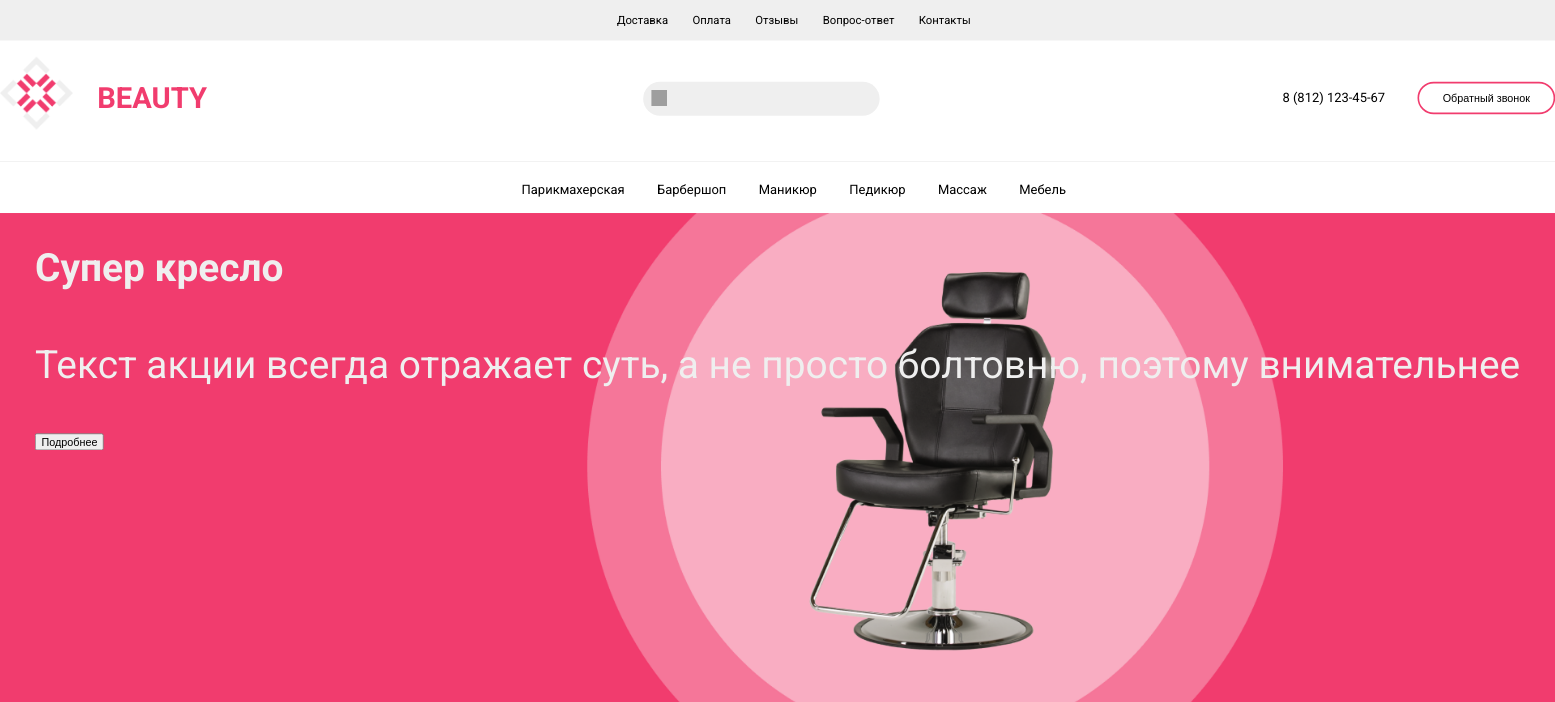
Repository: savannaaaas/verstka
Page: index.html
These files come from the project's save history. The page is drawn as it stood at one moment and after the next save; the edit follows.
The browser window is 1280 px wide. The page is 1920 px wide, so the pictures cover 1920 px, including what lies to the right of the window. The pictures show the whole page, at 81% of full size.
Pictures or frames that could not be fetched are drawn as grey boxes. Some web fonts or font styles are not loaded; a fallback is used.

Above is the page before, as saved 2025-04-16 00:34:58.

After the next save:
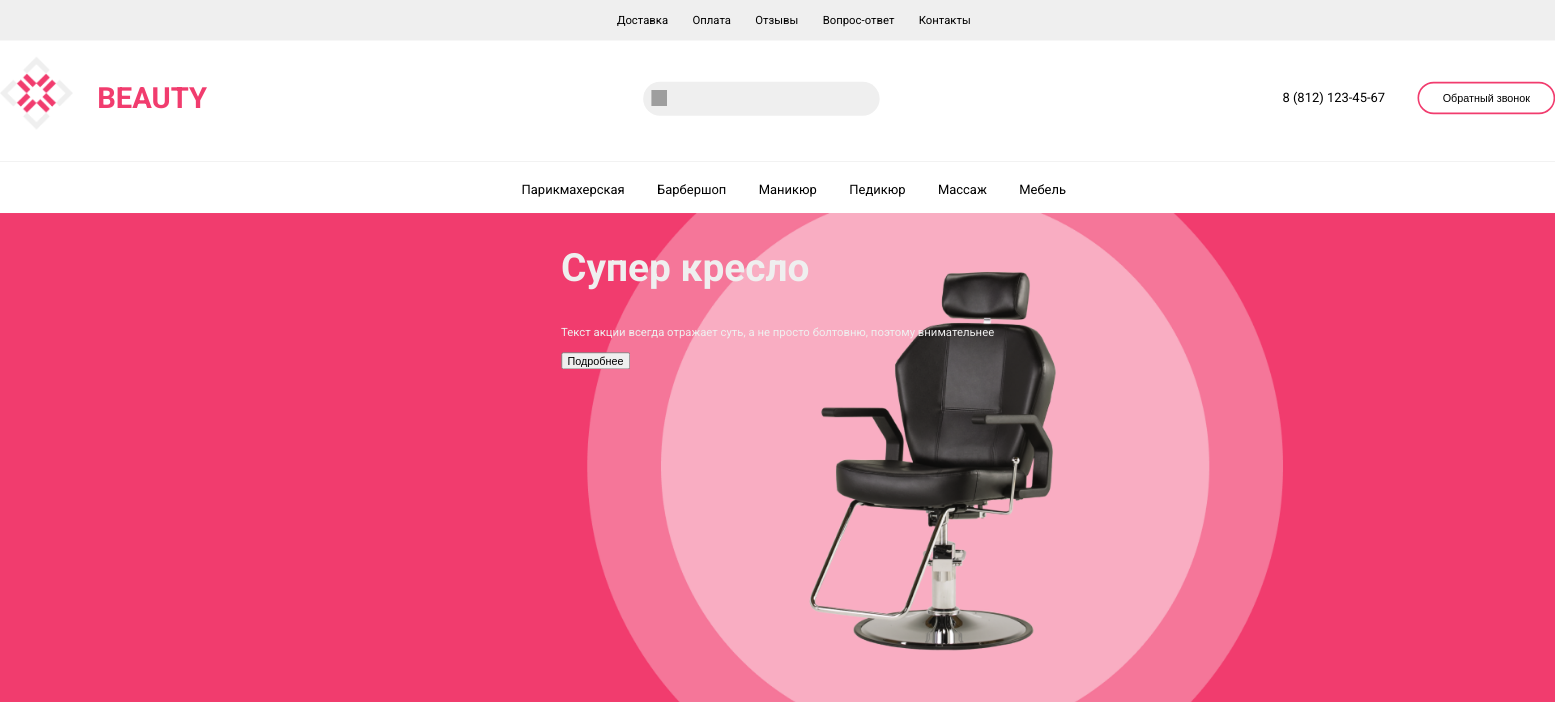
Saved 12 s later.
--- a/style.css
+++ b/style.css
@@ -124,6 +124,6 @@
     color: #EFEFEF;
    }
    .text-armchair p{
-    font-size: 48px;
+    font-size: 14px;
     color: #EFEFEF;
    }
